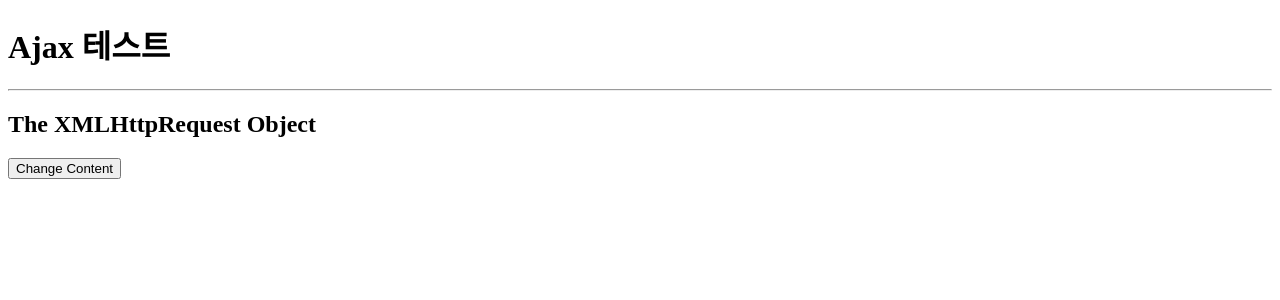
Repository: DAVISPARK/park
Page: http://localhost/blog/test/ajaxtest.jsp
These files come from the project's save history. The page is drawn as it stood at one moment and after the next save; the edit follows.
The browser window is 1280 px wide. The pictures show the whole page.
The page is served by Tomcat 9.

Above is the page before, as saved 2019-11-01 02:53:36.

After the next save:
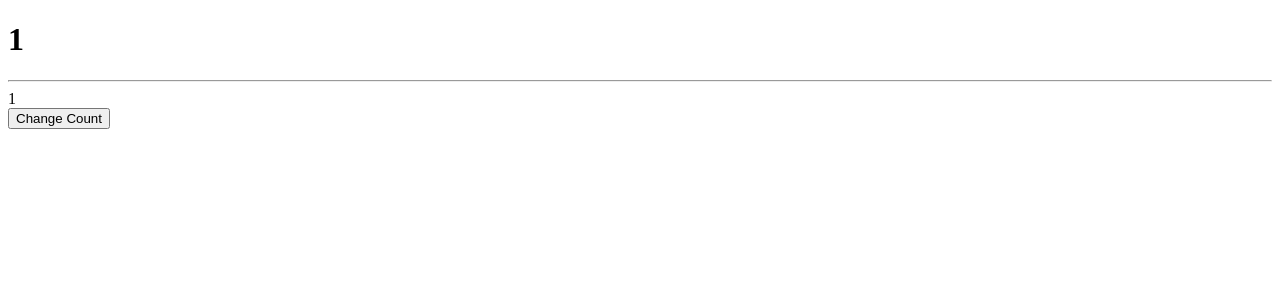
Saved 18 min 22 s later.
--- a/blog/WebContent/test/ajaxtest.jsp
+++ b/blog/WebContent/test/ajaxtest.jsp
@@ -8,23 +8,23 @@
 </head>
 <body>
 
-<h1>Ajax 테스트</h1>
+<h1>1</h1>
 <hr/>
 <div id = "content">
 <!-- 부분적 리로딩 (ex.아이디 중복확인)-->
 
 <div id="demo">
-<h2>The XMLHttpRequest Object</h2>
-<button type="button" onclick="loadDoc()">Change Content</button>
+	1
 </div>
+
+<button type="button" onclick="loadDoc()">Change Count</button>
 
 <script>
 function loadDoc() {
   var xhttp = new XMLHttpRequest();
   xhttp.onreadystatechange = function() {
     if (this.readyState == 4 && this.status == 200) {
-      document.getElementById("demo").innerHTML =
-      this.responseText;
+    	document.querySelector("#demo").innerHTML = this.responseText;
     }
   };
   xhttp.open("GET", "http://localhost:8000/blog/test", true);
